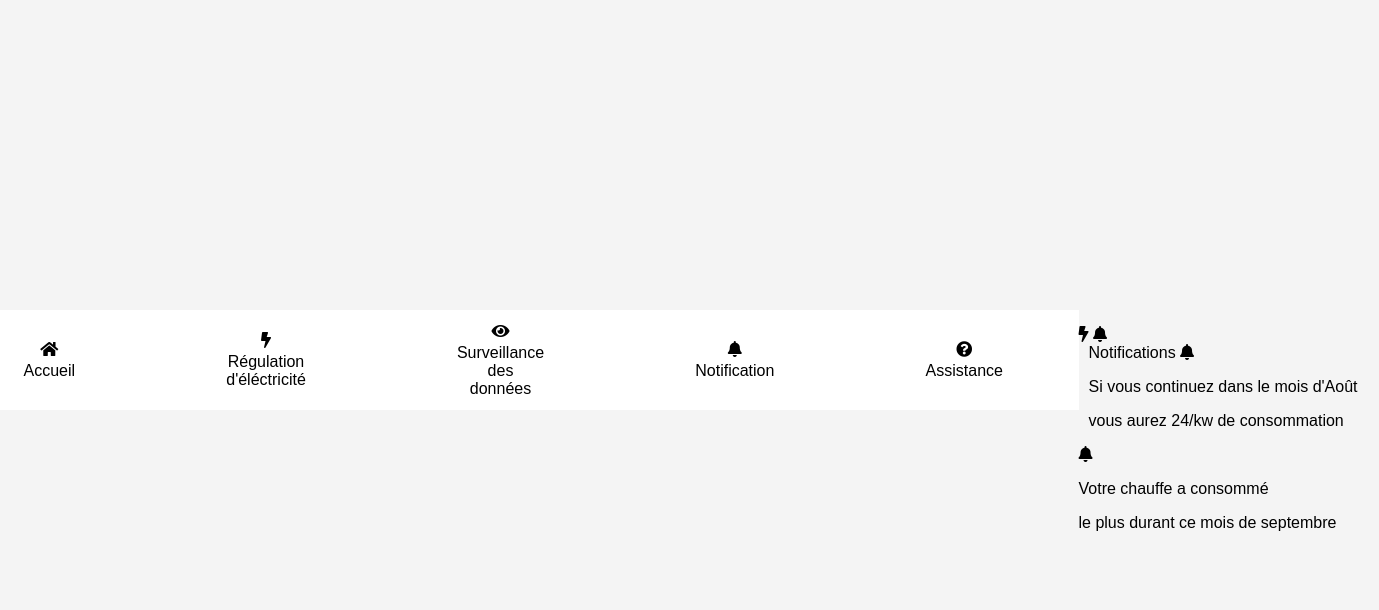
Repository: hamdia200/OSC-Ecowiz
Page: http://localhost/accueil
An editor plug-in stored every save of this project. The page is shown before and after the next save, followed by the edit.
The browser window is 1280 px wide. The page is 1379 px wide, so the pictures cover 1379 px, including what lies to the right of the window. The pictures show the whole page.
The page is served by the project's Laravel application, run on PHP 8.4 with Laravel 10.

Above is the page before, as saved 2023-08-18 13:45:43.
Console error: TypeError: Cannot read properties of null (reading 'getContext')

After the next save:
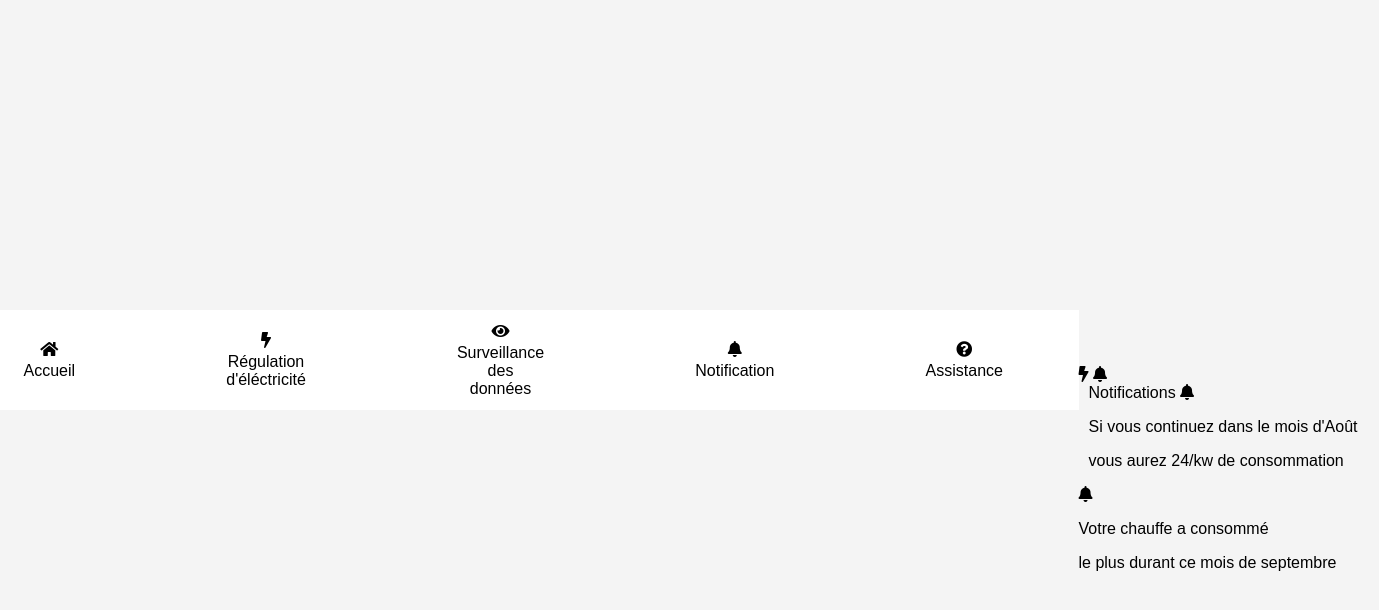
Saved 4 s later.
--- a/resources/views/accueil.blade.php
+++ b/resources/views/accueil.blade.php
@@ -18,7 +18,7 @@
             min-height: 100vh;
         }
 
-        .content{
+        .circle-container{
             margin-top: 5rem;
             height: auto;
             float: left;
